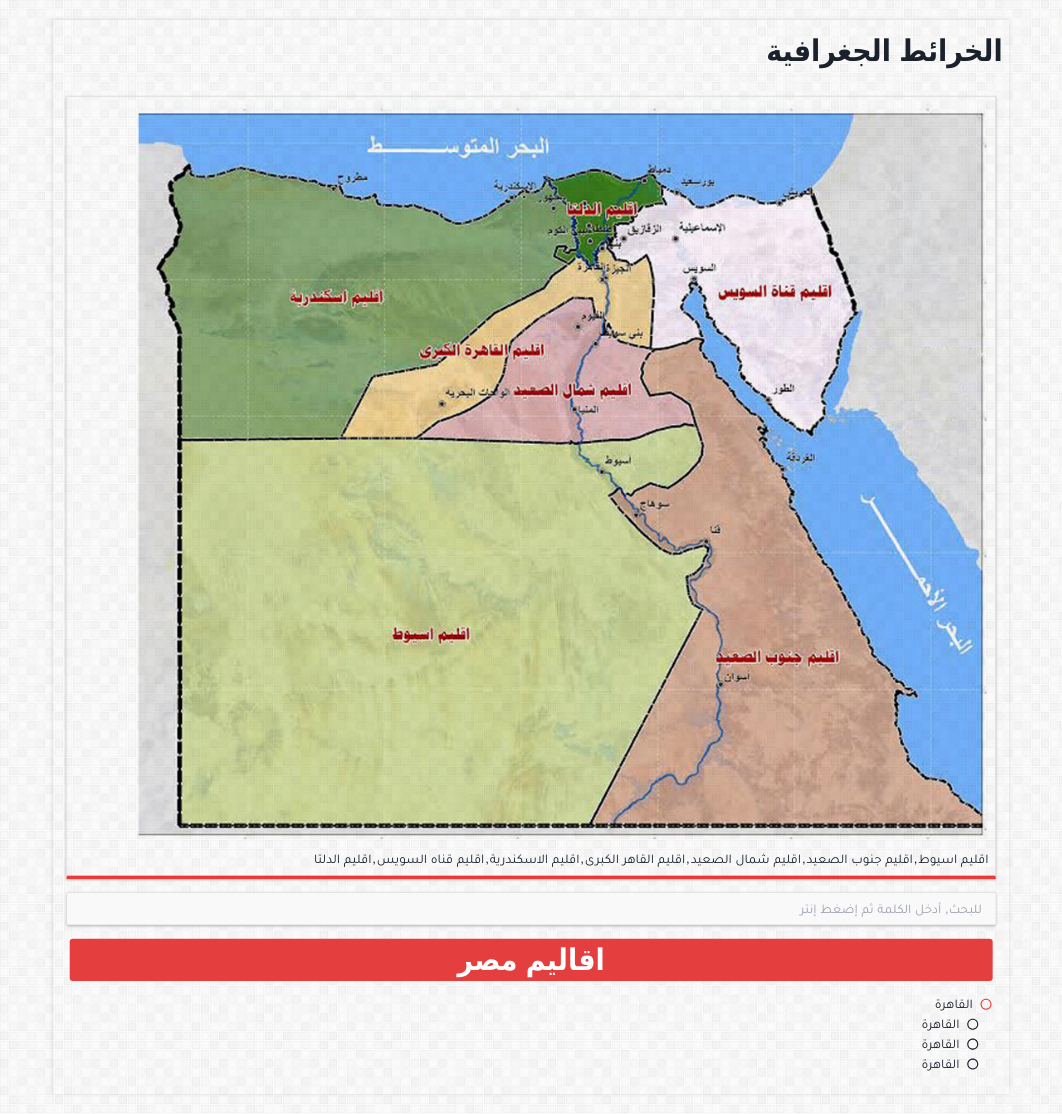
Repository: ahmed-mohamed-eng/egypt-gov-map
Page: /
An editor plug-in stored every save of this project. The page is shown before and after the next save, followed by the edit.
The browser window is 1280 px wide. The pictures show the whole page, at 83% of full size.
Some web fonts or font styles are not loaded; a fallback is used. The project was rebuilt for these pictures with package versions that can differ from the ones it lists, and the page was loaded fresh each time. The framework's server and built-in components were replaced by stand-ins that run in the browser. Also part of the build but not shown: next.config.js.

Above is the page before, as saved 2022-05-30 14:17:24.

### pages/_app.tsx
import "../styles/globals.css";

import type { AppProps } from "next/app";

import { ChakraProvider, extendTheme } from "@chakra-ui/react";

const theme = extendTheme({
  fonts: {
    heading: `Arial, Helvetica,"Aref Ruqaa" ,'Segoe UI', Tahoma, Geneva, Verdana, sans-serif`,
  },
});

function MyApp({ Component, pageProps }: AppProps) {
  return (
    <ChakraProvider theme={theme}>
      <Component {...pageProps} />
    </ChakraProvider>
  );
}

export default MyApp;

### pages/_document.tsx
import Document, {
  Html,
  Head,
  Main,
  NextScript,
  DocumentContext,
} from "next/document";

class MyDocument extends Document {
  static async getInitialProps(ctx: DocumentContext) {
    const initialProps = await Document.getInitialProps(ctx);
    return { ...initialProps };
  }

  render() {
    return (
      <Html dir="rtl" lang="ar">
        <Head />
        <body>
          <Main />
          <NextScript />
        </body>
      </Html>
    );
  }
}

export default MyDocument;

### pages/index.tsx
import type { NextPage } from "next";

// Custom Components
import Header from "../components/Header";
import PageContainer from "../components/PageContainer";
import MainContentArea from "../components/MainContentArea";

const Home: NextPage = () => {
  return (
    <PageContainer>
      <Header headerTitle="الخرائط الجغرافية" />
      <MainContentArea />
    </PageContainer>
  );
};

export default Home;

### styles/globals.css
@import url("https://fonts.googleapis.com/css2?family=Amiri:ital,wght@0,700;1,400;1,700&family=Aref+Ruqaa:wght@400;700&family=Tajawal:wght@300;400;500;700;800;900&display=swap");

@tailwind base;
@tailwind components;
@tailwind utilities;

html,
body {
  padding: 0;
  margin: 0;
  font-family: -apple-system, BlinkMacSystemFont, Segoe UI, Roboto, Oxygen,
    Ubuntu, Cantarell, Fira Sans, Droid Sans, Helvetica Neue, sans-serif;
}

a {
  color: inherit;
  text-decoration: none;
}

* {
  box-sizing: border-box;
  font-family: Arial, Helvetica, "Tajawal", "Aref Ruqaa", "Segoe UI", Tahoma,
    Geneva, Verdana, sans-serif;
}

### components/Header/index.tsx
export { Header as default } from "./Header";

### components/PageContainer/index.tsx
export { PageContainer as default } from "./PageContainer";

### components/MainContentArea/index.tsx
export { MainContentArea as default } from "./MainContentArea";

### components/Header/Header.tsx
import { Divider, Flex, Heading, VStack } from "@chakra-ui/react";

export interface HeaderProps {
  headerTitle: string;
}

export const Header = (props: HeaderProps) => {
  return (
    <VStack
      as="header"
      w="full"
      justifyContent="center"
      alignItems="center"
      fontSize="1.5rem"
      fontFamily="arabic"
      flex="1"
    >
      <Heading w="full" textAlign="right" as="h1">
        {props.headerTitle}
      </Heading>
      <Flex w="full">
        <Divider orientation="horizontal" />
      </Flex>
    </VStack>
  );
};

### components/PageContainer/PageContainer.tsx
import { Center, Flex, VStack } from "@chakra-ui/react";

// import bgImage from "../../images/backgroundImage.png";

export const PageContainer = (props: any) => {
  return (
    <Flex backgroundImage={`url(/images/backgroundImage.png)`}>
      <Center w="full" h="full" py="1.5rem">
        <VStack
          width={["90vw"]}
          minH="95vh"
          boxShadow="0 0 5px #CACACA"
          py="1rem"
          px="0.5rem"
          spacing="1rem"
        >
          {props.children}
        </VStack>
      </Center>
    </Flex>
  );
};

### components/MainContentArea/MainContentArea.tsx
import { VStack } from "@chakra-ui/react";

// Custom Components.
import MapArea from "./MapArea";
import SearchBox from "./SearchBox";
import QuickNavigationArea from "./QuickNavigationArea";

export const MainContentArea = () => {
  return (
    <VStack
      as="main"
      w="full"
      p="0.5rem"
      spacing="1rem"
      flex="14"
    >
      <MapArea />
      <SearchBox placeholderTxt="للبحث, أدخل الكلمة ثم إضغط إنتر" />
      <QuickNavigationArea />
    </VStack>
  );
};

### components/MainContentArea/MapArea/index.tsx
export { MapArea as default } from "./MapArea";

### components/MainContentArea/SearchBox/index.tsx
export { SearchBox as default } from "./SearchBox";

### components/MainContentArea/QuickNavigationArea/index.tsx
export { QuickNavigationArea as default } from "./QuickNavigationArea";

### components/MainContentArea/MapArea/MapArea.tsx
import { VStack } from "@chakra-ui/react";

// Custom Components.
import MapImage from "./MapImage";
import MapInfoDisplayedLinks from "./MapInfoDisplayedLinks";

// Constants.
import provinces from "../../../constants/provinces";

export const MapArea = () => {
  return (
    <VStack
      borderWidth="thin"
      borderColor="red.500"
      boxShadow="0 1px 3px 0 #b5b5b5"
      border="1px solid #DDD"
      borderBottom="4px solid #ef3636"
      p="0.5rem"
      w="full"
      spacing="0.5rem"
    >
      <MapImage />
      <MapInfoDisplayedLinks
        breadcrumbItems={provinces}
      />
    </VStack>
  );
};

### components/MainContentArea/SearchBox/SearchBox.tsx
import { Input } from "@chakra-ui/react";

export interface SearchBoxProps {
  placeholderTxt: string;
}

export const SearchBox = (props: SearchBoxProps) => {
  return (
    <Input
      w="full"
      backgroundColor="#F9F9F9"
      borderColor="#F1F1F1"
      borderTopColor="#DDD"
      borderBottomColor="#DDD"
      boxShadow="0 1px 3px 0 #B5B5B5"
      borderRadius="3px"
      placeholder={props.placeholderTxt}
    />
  );
};

### components/MainContentArea/QuickNavigationArea/QuickNavigationArea.tsx
import { VStack, Heading } from "@chakra-ui/react";
import CitiesList from "./CitiesList";

export const QuickNavigationArea = () => {
  return (
    <VStack w="full" spacing="1rem" px="0.25rem">
      <Heading
        w="full"
        h="fit-content"
        borderRadius="0.25rem"
        color="white"
        bg="red.500"
        p="0.25rem"
        textAlign="center"
      >
        اقاليم مصر
      </Heading>
      <CitiesList
        list={[
          {
            provinceName: "القاهرة",
            url: "https://www.google.com",
            childItems: [
              {
                cityName: "القاهرة",
                url: "https://www.google.com/",
              },
              {
                cityName: "القاهرة",
                url: "https://www.google.com/",
              },
              {
                cityName: "القاهرة",
                url: "https://www.google.com/",
              },
            ],
          },
        ]}
      />
    </VStack>
  );
};

### components/MainContentArea/MapArea/MapImage/index.tsx
export { MapImage as default } from "./MapImage";

### components/MainContentArea/MapArea/MapInfoDisplayedLinks/index.tsx
export { MapInfoDisplayedLinks as default } from "./MapInfoDisplayedLinks";

### constants/provinces.ts
import { BreadcrumbElement } from "../components/MainContentArea/MapArea/MapInfoDisplayedLinks/MapInfoDisplayedLinks";

const provinces: Array<BreadcrumbElement> = [
  {
    text: "اقليم اسيوط",
    url: "#",
  },
  {
    text: "اقليم جنوب الصعيد",
    url: "#",
  },
  {
    text: "اقليم شمال الصعيد",
    url: "#",
  },
  {
    text: "اقليم القاهر الكبرى",
    url: "#",
  },
  {
    text: "اقليم الاسكندرية",
    url: "#",
  },
  {
    text: "اقليم قناه السويس",
    url: "#",
  },
  {
    text: "اقليم الدلتا",
    url: "#",
  },
];

export default provinces;

### components/MainContentArea/QuickNavigationArea/CitiesList/index.tsx
export { CitiesList as default } from "./CitiesList";

### components/MainContentArea/MapArea/MapImage/MapImage.tsx
import React from "react";

import { Flex, Image } from "@chakra-ui/react";

// Images Sources.
import mapImage from "../../../../images/Egypt_Provinces.jpg";

export const MapImage = () => {
  return (
    <Flex w="full">
      <Image mixBlendMode="multiply" src={mapImage.src} alt="Egypt Province Map" />
    </Flex>
  );
};

### components/MainContentArea/MapArea/MapInfoDisplayedLinks/MapInfoDisplayedLinks.tsx
import { v4 as uuidV4 } from "uuid";

import { Breadcrumb, BreadcrumbItem, BreadcrumbLink } from "@chakra-ui/react";

export type BreadcrumbElement = {
  url: string;
  text: string;
};

export interface MapInfoDisplayedLinksProps {
  breadcrumbItems: Array<BreadcrumbElement>;
}

export const MapInfoDisplayedLinks = (props: MapInfoDisplayedLinksProps) => {
  const breadcrumbItems = props.breadcrumbItems.map((item) => {
    return (
      <BreadcrumbItem key={uuidV4()}>
        <BreadcrumbLink
          maxW="fit-content"
          _hover={{
            textDecoration: "none",
            fontWeight: "600",
          }}
          href={item.url}
        >
          {item.text}
        </BreadcrumbLink>
      </BreadcrumbItem>
    );
  });

  return (
    <Breadcrumb spacing="1px" separator="," w="full">
      {breadcrumbItems}
    </Breadcrumb>
  );
};

### components/MainContentArea/QuickNavigationArea/CitiesList/CitiesList.tsx
import { v4 as uuidV4 } from "uuid";

import { List, ListItem, ListIcon } from "@chakra-ui/react";

import { BiCircle } from "react-icons/bi";

export type city = {
  cityName: string;
  url: string;
};

export type province = {
  provinceName: string;
  url: string;
  childItems: Array<city>;
};

export interface CitiesListProps {
  list: Array<province>;
}

export const CitiesList = (props: CitiesListProps) => {
  const items = props.list.map((item, parentIndex) => {
    return (
      <List key={uuidV4()}>
        <ListItem as="a" href={item.url}>
          <ListIcon as={BiCircle} color="red.500" fill="red.500" />
          {item.provinceName}
        </ListItem>
        {item.childItems.map((childItem) => {
          return (
            <List key={uuidV4()} pr={`${parentIndex + 1}rem`}>
              <ListItem as="a" href={childItem.url}>
                <ListIcon as={BiCircle} />
                {childItem.cityName}
              </ListItem>
            </List>
          );
        })}
      </List>
    );
  });
  return <List w="full">{items}</List>;
};

Loaded but not shown: tailwind.config.js (common file)

After the next save:
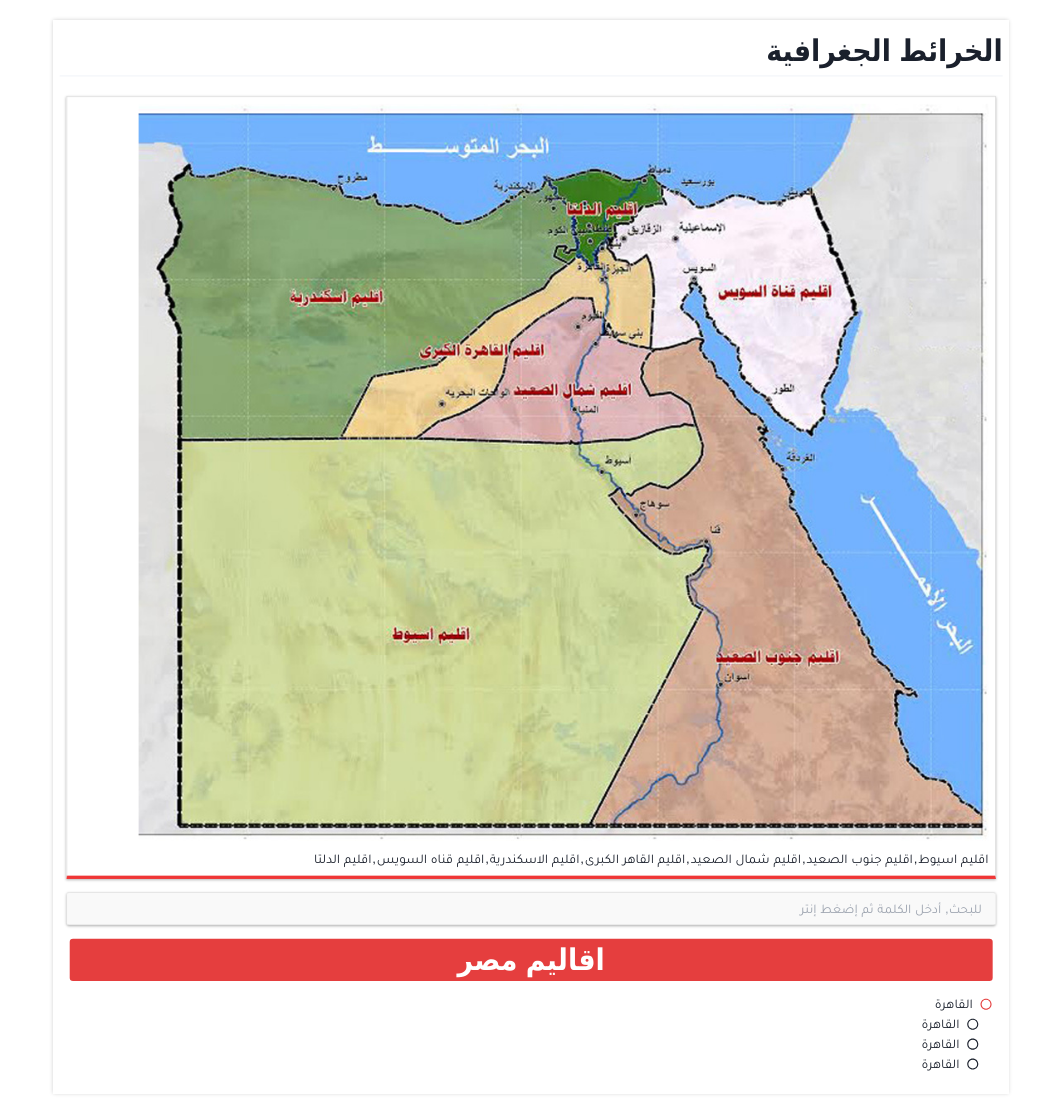
Saved 21 s later.
--- a/components/PageContainer/PageContainer.tsx
+++ b/components/PageContainer/PageContainer.tsx
@@ -5,7 +5,7 @@ import { Center, Flex, VStack } from "@chakra-ui/react";
 export const PageContainer = (props: any) => {
   return (
     <Flex backgroundImage={`url(/images/backgroundImage.png)`}>
-      <Center w="full" h="full" py="1.5rem">
+      <Center w="full" h="full" py="1.5rem" bgColor="white">
         <VStack
           width={["90vw"]}
           minH="95vh"
